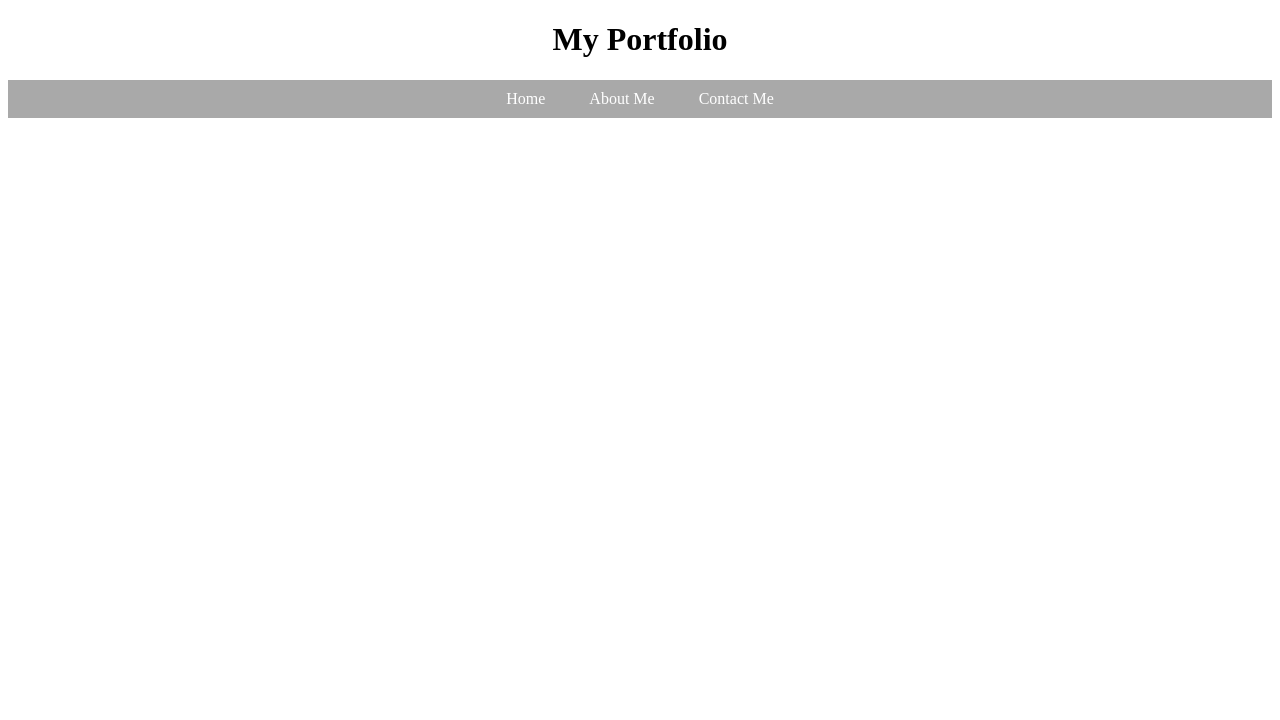
Repository: harshitanthal1/my_portfolio
Page: index.html
An editor plug-in stored every save of this project. The page is shown before and after the next save, followed by the edit.
The browser window is 1280 px wide. The pictures show the whole page.

Above is the page before, as saved 2024-02-02 12:47:46.

### index.html
<!DOCTYPE html>
<html lang="en">
<head>
    <meta charset="UTF-8">
    <meta name="viewport" content="width=device-width, initial-scale=1.0">
    <title>My Portfolio</title>
    <link rel="stylesheet" href="styles/styles.css" />
</head>
<body>
    <header><h1>My Portfolio</h1></header>
    <nav>
        <li><a href="index.html" target="_blank">Home</a></li>
        <li><a href="aboutme.html" target="_blank" >About Me</a></li>
        <li><a href="contactme.html" target="_blank" >Contact Me</a></li>
    </nav>
</body>
</html>

### styles/styles.css
header {
    text-align: center;
}

nav {
    background-color: darkgrey;
    color: white;
    padding: 10px;
    text-align: center;
}

li {
    display: inline;
    margin-right: 20px;
    margin-left: 20px;
}

a {
    text-decoration: none;
    color: white;
}

After the next save:
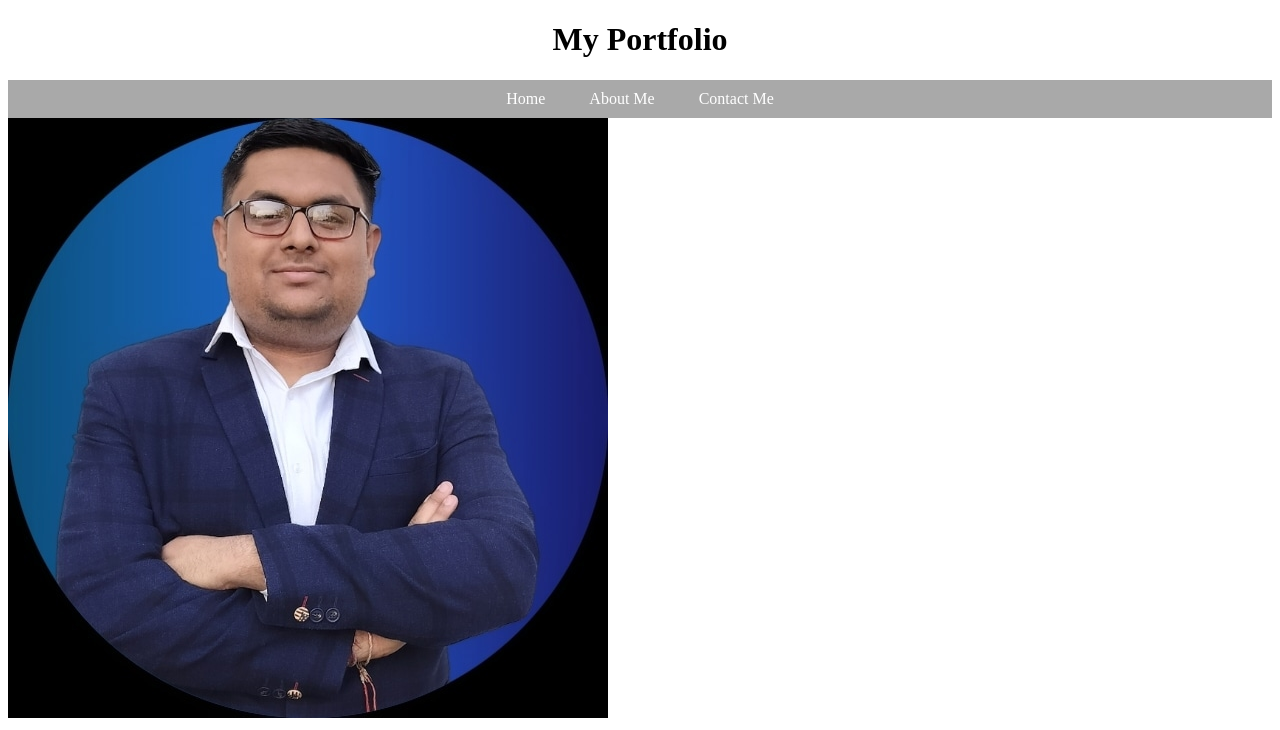
Saved 17 min 14 s later.
--- a/index.html
+++ b/index.html
@@ -13,5 +13,8 @@
         <li><a href="aboutme.html" target="_blank" >About Me</a></li>
         <li><a href="contactme.html" target="_blank" >Contact Me</a></li>
     </nav>
+    <div>
+        <img src="images/my_pic.jpg" />
+    </div>
 </body>
 </html>
